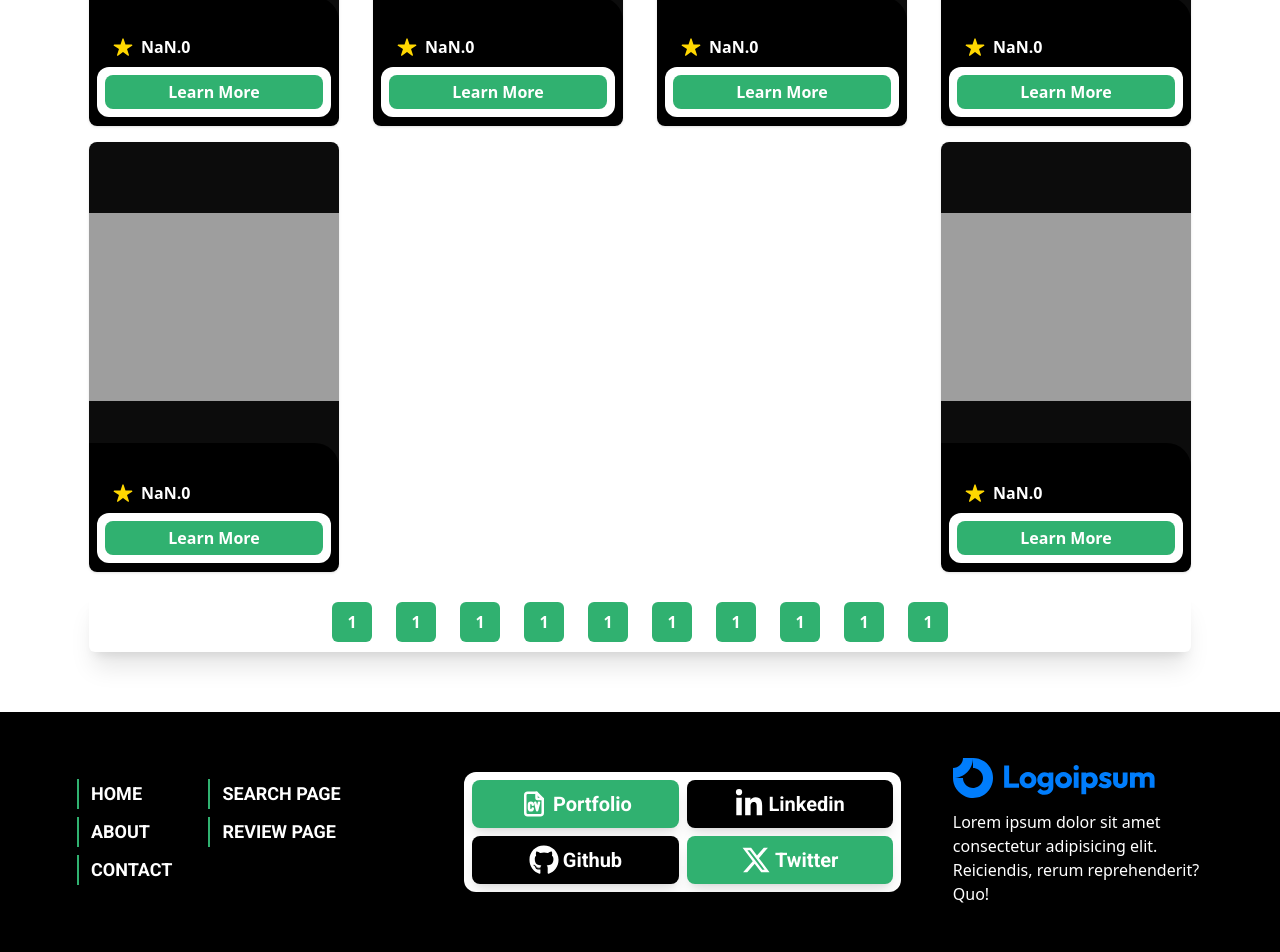
Repository: jayantatech/FrameFlick
Page: /movies
These files come from the project's save history. The page is drawn as it stood at one moment and after the next save; the edit follows.
The browser window is 1280 px wide. The pictures show the part of the page from y = 1096 to 2048 px (the page is 2048 px tall).
Pictures or frames that could not be fetched are drawn as grey boxes. The page's requests for data from a server got no answer. The project was rebuilt for these pictures with package versions that can differ from the ones it lists, and the page was loaded fresh each time. No one was signed in, and anything a server would have sent is missing. Also part of the build but not shown: vite.config.js, src/components/header/SearchBar.jsx, src/components/sliderComponent/button.css, src/components/sliderComponent/SliderComponent.jsx, src/pages/home/comingAttractions/ComingAttractions.jsx, src/pages/home/currentFavorites/CurrentFavorites.jsx, src/pages/home/movieGenres/MovieGenres.jsx, src/components/responsiveTitle/responsiveTitle.jsx and 11 more.

Above is the page before, as saved 2024-02-13 19:10:28.

### index.html
<!doctype html>
<html lang="en">

<head>
  <meta charset="UTF-8" />
  <link rel="icon" type="image/svg+xml" href="/vite.svg" />
  <meta name="viewport" content="width=device-width, initial-scale=1.0" />
  <link
    href="https://fonts.googleapis.com/css?family=Roboto:100,100italic,300,300italic,regular,italic,500,500italic,700,700italic,900,900italic"
    rel="stylesheet" />
  <link
    href="https://fonts.googleapis.com/css?family=Poppins:100,100italic,200,200italic,300,300italic,regular,italic,500,500italic,600,600italic,700,700italic,800,800italic,900,900italic"
    rel="stylesheet" />
  <title>Vite + React</title>
</head>

<body>
  <div id="root"></div>
  <script type="module" src="/src/main.jsx"></script>
</body>

</html>

### src/main.jsx
import React from "react";
import ReactDOM from "react-dom/client";
import App from "./App.jsx";
import "./index.css";
import { Provider } from "react-redux";
import store from "./store/Store.js";

ReactDOM.createRoot(document.getElementById("root")).render(
  <React.StrictMode>
    <Provider store={store}>
      <App />
    </Provider>
  </React.StrictMode>
);

### src/App.jsx
import React, { useEffect } from "react";
import ContentWrapper from "./components/contentWrapper/ContentWrapper";
import Header from "./components/header/Header";
import SearchBar from "./components/header/SearchBar";
import { fetchDataFromApi } from "./Utils/api";
import { useDispatch, useSelector } from "react-redux";
import { setFilmGenres, setUrl } from "./store/HomeSlice";
import Home from "./pages/home/Home";
import fetchData from "./components/hooks/fetchData";
import VideoPopBox from "./components/videoPopBox/VideoPopBox";
import Footer from "./components/footer/Footer";
import ReviewPage from "./pages/reviewPage/ReviewPage";
import { BrowserRouter, Route, Routes } from "react-router-dom";
import MoviePage from "./pages/moviePage/MoviePage";

/*
main green color - #58DAA8
2nd main color - #30b170
light green color - #E6FFF8
deep Green color - #409E7A
deep Green color 2 - #5EBEA3

*/

const App = () => {
  const { data, loading } = fetchData("configuration");

  const dispatch = useDispatch();
  useEffect(() => {
    dispatch(setUrl(`${data?.images.secure_base_url + "original"}`));
  }, [data]);

  const { data: genresData, loading: genresLoading } = fetchData(
    `genre/movie/list?language=en`
  );
  useEffect(() => {
    dispatch(setFilmGenres(genresData && genresData?.genres));
  }, [genresData]);

  return (
    <BrowserRouter>
      <VideoPopBox />
      <Header />
      <Routes>
        <Route path="/" element={<Home />} />
        <Route path="/review/:film/:id" element={<ReviewPage />} />
        <Route path="/movies" element={<MoviePage />} />
      </Routes>
      {/* <div className=" w-full h-[800px]"></div> */}
      <Footer />
    </BrowserRouter>
  );
};

export default App;

### src/components/contentWrapper/ContentWrapper.jsx
import React from "react";

const ContentWrapper = ({ children }) => {
  return <div className="w-full max-w-[1158px] mx-auto px-4">{children}</div>;
};

export default ContentWrapper;

### src/components/hooks/fetchData.jsx
import React, { useEffect, useState } from "react";
import { fetchDataFromApi } from "../../Utils/api";

const fetchData = (url) => {
  const [data, setData] = useState(null);
  const [loading, setLoading] = useState(null);
  const [error, setError] = useState(null);

  useEffect(() => {
    setLoading(true);
    setData(null);
    setError(null);
    fetchDataFromApi(url)
      .then((res) => {
        if (res?.status === 404) {
          throw new Error("Videos not found for this video");
        } else {
          return res.json();
        }
      })
      .then((data) => {
        setLoading(false);
        setData(data);
      })
      .catch((error) => setError("Something went wrong"));
  }, [url]);

  return { data, loading, error };
};

export default fetchData;

### src/components/videoPopBox/VideoPopBox.jsx
import React, { useEffect, useState } from "react";
import { IoClose } from "react-icons/io5";
import { useDispatch, useSelector } from "react-redux";
import { setVideoPopBox } from "../../store/HomeSlice";
import ReactPlayer from "react-player";

const VideoPopBox = () => {
  const [activeVideo, setActiveVideo] = useState(false);
  const [videoInfo, setVideoInfo] = useState([]);
  const dispatch = useDispatch();
  const { vidboxOn, vidBoxInfo } = useSelector(
    (state) => state.home.VideoPopBox
  );
  useEffect(() => {
    if (vidboxOn) setActiveVideo(vidboxOn);
    if (vidBoxInfo) setVideoInfo(vidBoxInfo);
  }, [vidboxOn, vidBoxInfo]);

  // useEffect(() => {
  //   if (activeVideo) {
  //     document.body.style.overflow = "hidden";
  //   } else {
  //     document.body.style.overflow = "auto";
  //   }
  // }, [activeVideo]);

  function hideVideoBox() {
    dispatch(setVideoPopBox([{ vidBoxOnPass: false, vidBoxInfoPass: {} }]));
    setActiveVideo(false);
  }

  return (
    <div
      className={` fixed w-screen h-screen top-0 left-0 ${
        activeVideo ? "block z-40" : "hidden -z-0"
      }`}
    >
      <div
        className={` relative top-0 left-0 min-h-screen min-w-screen flex items-center justify-center overflow-hidden`}
      >
        <div
          className=" absolute top-0 left-0 w-full h-full bg-[#000000af]"
          onClick={hideVideoBox}
        ></div>
        <div
          className={`w-[840px] h-[540px] max-lg:w-[660px] max-lg:h-[440px] max-md:w-[360px] max-md:h-[240px] bg-[#fff] shadow-xl rounded-xl py-4 px-4 relative transition-all duration-300 ${
            activeVideo ? "translate-y-[0%]" : "translate-y-[150%]"
          }`}
        >
          <div
            className=" w-[50px] h-[50px] bg-[#30B170] hover:bg-[#58DAA8] text-black hover:text-gray-600  absolute -top-5 -right-5 rounded-full flex items-center justify-center text-4xl cursor-pointer"
            onClick={hideVideoBox}
          >
            <IoClose />
          </div>
          <div className=" w-full h-full bg-black">
            {videoInfo && (
              <ReactPlayer
                url={`https://www.youtube.com/watch?v=${videoInfo?.key}`}
                width={"100%"}
                height={"100%"}
              />
            )}
          </div>
        </div>
      </div>
    </div>
  );
};

export default VideoPopBox;

### src/pages/moviePage/MoviePage.jsx
import React from "react";
import HeroMovie from "./heroMovie/HeroMovie";
import AllMovies from "./allMovies/AllMovies";

const MoviePage = () => {
  return (
    <div>
      <HeroMovie />
      <AllMovies />
    </div>
  );
};

export default MoviePage;

### src/pages/moviePage/heroMovie/HeroMovie.jsx
import React, { useEffect, useState } from "react";
import MyImage from "../../../components/myImage/MyImage";
import fetchData from "../../../components/hooks/fetchData";
import { useSelector } from "react-redux";
import MovieHeroInfo from "../../../components/movieHeroInfo/MovieHeroInfo";

const HeroMovie = () => {
  const [storeGen, setStoreGen] = useState([]);
  const [filmInfo, setFilmInfo] = useState([]);
  const [storeRendom, setStoreRendom] = useState(null);
  const { data, loading } = fetchData(`trending/movie/week`);
  const { url, filmGenres } = useSelector((state) => state.home);

  useEffect(() => {
    let rendomData;
    if (data?.results) {
      const genRanNum = Math.floor(Math.random() * 19);
      rendomData = data?.results[genRanNum];
      setStoreRendom(rendomData);
      console.log(data);
    }
  }, [data]);

  // let testData = storeRendom && storeRendom;
  let movieHeroData = storeRendom && storeRendom;
  useEffect(() => {
    let storeGenNum = [];
    if (movieHeroData) {
      filmGenres?.forEach((element) => {
        if (movieHeroData?.genre_ids.includes(element?.id)) {
          storeGenNum.push(element);
        }
      });
    }
    setStoreGen(storeGenNum);
  }, [filmGenres, movieHeroData]);
  console.log(storeGen);
  return (
    <div className=" w-full h-[590px] max-md:h-[670px] bg-black relative">
      <div className=" w-full h-full bg-[#0000005d] absolute top-0 left-0 z-10"></div>
      <div className=" overflow-hidden w-full h-full absolute top-0 left-0 z-0 ">
        <MyImage
          src={`${url}${!loading && movieHeroData?.backdrop_path}`}
          className={"max-lg:scale-150 max-md:scale-[4]"}
        />
      </div>
      <MovieHeroInfo movieHeroData={movieHeroData} storeGen={storeGen} />
    </div>
  );
};

export default HeroMovie;

### src/pages/moviePage/allMovies/AllMovies.jsx
import React from "react";
import ContentWrapper from "../../../components/contentWrapper/ContentWrapper";
import FilmCard from "../../../components/filmCard/FilmCard";

const AllMovies = () => {
  return (
    <div>
      <ContentWrapper>
        <div className=" py-[60px] px-3">
          <div className=" py-3">
            <h2 className=" capitalize text-3xl font-[Roboto] font-bold">
              our Movie suggestions
            </h2>
          </div>
          <div className=" w-full h-auto flex py-5 flex-row flex-wrap gap-4 items-center justify-between">
            <FilmCard />
            <FilmCard />
            <FilmCard />
            <FilmCard />
            <FilmCard />
            <FilmCard />
          </div>
          <div className=" w-auto px-3 h-[60px] bg-[#fff] shadow-xl rounded-md flex items-center justify-center gap-6">
            <div className=" w-[40px] h-[40px] bg-[#30B170] text-white rounded-md flex items-center justify-center font-semibold">
              1
            </div>
            <div className=" w-[40px] h-[40px] bg-[#30B170] text-white rounded-md flex items-center justify-center font-semibold">
              1
            </div>
            <div className=" w-[40px] h-[40px] bg-[#30B170] text-white rounded-md flex items-center justify-center font-semibold">
              1
            </div>
            <div className=" w-[40px] h-[40px] bg-[#30B170] text-white rounded-md flex items-center justify-center font-semibold">
              1
            </div>
            <div className=" w-[40px] h-[40px] bg-[#30B170] text-white rounded-md flex items-center justify-center font-semibold">
              1
            </div>
            <div className=" w-[40px] h-[40px] bg-[#30B170] text-white rounded-md flex items-center justify-center font-semibold">
              1
            </div>
            <div className=" w-[40px] h-[40px] bg-[#30B170] text-white rounded-md flex items-center justify-center font-semibold">
              1
            </div>
            <div className=" w-[40px] h-[40px] bg-[#30B170] text-white rounded-md flex items-center justify-center font-semibold">
              1
            </div>
            <div className=" w-[40px] h-[40px] bg-[#30B170] text-white rounded-md flex items-center justify-center font-semibold">
              1
            </div>
            <div className=" w-[40px] h-[40px] bg-[#30B170] text-white rounded-md flex items-center justify-center font-semibold">
              1
            </div>
          </div>
        </div>
      </ContentWrapper>
    </div>
  );
};

export default AllMovies;

### src/components/myImage/MyImage.jsx
import React from "react";
import { LazyLoadImage } from "react-lazy-load-image-component";
import "react-lazy-load-image-component/src/effects/blur.css";

const MyImage = ({ src, className, alt }) => (
  <div className=" w-full min-h-full flex items-center justify-center overflow-hidden bg-contain">
    <LazyLoadImage
      alt={alt ? alt : "Frameflick"}
      src={src}
      effect="blur"
      width={"100%"}
      height={"100%"}
      className={`${className}`}
    />
  </div>
);

export default MyImage;

### src/components/movieHeroInfo/MovieHeroInfo.jsx
import React, { useEffect, useState } from "react";
import { IoIosStar } from "react-icons/io";
import ContentWrapper from "../contentWrapper/ContentWrapper";
import GenresCard from "../genresCard/GenresCard";
import BothButton from "../bothButton/BothButton";
import ResponsiveTitle from "../responsiveTitle/responsiveTitle";
import ResponsiveText from "../responsiveText/ResponsiveText";
import RattingBox from "../rattingBox/RattingBox";
import DateBox from "../dateBox/DateBox";

const MovieHeroInfo = ({ movieHeroData, storeGen }) => {
  const [storeSlice, setStoreSlice] = useState(null);
  useEffect(() => {
    const slicGen = storeGen && storeGen?.slice(0, 3);
    setStoreSlice(slicGen);
  }, [storeGen]);

  console.log(storeGen);
  return (
    <ContentWrapper>
      <div className=" relative top-0 left-0 w-full h-[590px] max-md:h-[670px] flex items-end justify-center py-4 z-20">
        <div className=" w-full min-h-[270px] max-lg:min-h-[270px] max-md:min-h-[470px] rounded-lg  bg-[#636262] backdrop-filter backdrop-blur-sm bg-opacity-60 p-4 max-lg:px-2 flex flex-row gap-2 max-md:flex-col">
          <div className=" md:w-3/6">
            <h2 className=" text-3xl font-[Roboto] font-bold text-white min-h-[40px]">
              {movieHeroData?.original_title}
            </h2>
            {/* <ResponsiveTitle data={testData} /> */}
            <div className=" w-full h-[40px]  my-2 flex items-center flex-row gap-2 px-2">
              <DateBox data={movieHeroData} />
              <RattingBox data={movieHeroData} />
            </div>
            {
              <div className=" w-full h-[60px] max-md:h-[80px] max-lg:h-[90px] flex items-center justify-start px-2 flex-row gap-2">
                <ResponsiveText data={movieHeroData} upTo={15} />
              </div>
            }
            <div className=" px-2 py-3 flex items-center justify-center gap-2 flex-row">
              <BothButton data={movieHeroData} />
            </div>
          </div>
          <div className=" md:w-3/6 max-h-[210px] max-lg:max-h-[240px] max-md:min-h-[240px] px-3 py-3 flex items-center justify-start gap-6 max-lg:gap-3 flex-wrap flex-col">
            <div className=" w-full py-1 bg-[#000] text-white text-center rounded-md">
              <span className=" font-[Roboto] font-semibold text-lg">
                {" "}
                {movieHeroData?.original_title} Genres
              </span>
            </div>
            <div className=" flex items-center justify-center gap-3 flex-wrap flex-row max-md:flex-row ">
              {storeSlice?.map((item, index) => (
                <GenresCard key={index} item={item} />
              ))}
            </div>
          </div>
        </div>
      </div>
    </ContentWrapper>
  );
};

export default MovieHeroInfo;

### src/components/filmCard/FilmCard.jsx
import React, { useState } from "react";
import { useDispatch, useSelector } from "react-redux";
import { IoStar } from "react-icons/io5";
import fetchData from "../hooks/fetchData";
import { setVideoPopBox } from "../../store/HomeSlice";
import MyImage from "../myImage/MyImage";
import { useLoaderData, useLocation, useNavigate } from "react-router";

const FilmCard = ({ data, loading }) => {
  const [videoBoxActive, setVideoBoxActive] = useState(false);
  const dispatch = useDispatch();
  const { url } = useSelector((state) => state?.home);
  const { currentTabValu } = useSelector((state) => state?.home);

  const { data: newData, loading: newLoading } = fetchData(
    `${currentTabValu}/${data?.id && data?.id}/videos`
  );

  const averageVote = data && data?.vote_average;
  const votePointer = Number(
    data && data?.vote_average.toString().split(".")[1]
  );

  const originalTitle = data?.original_title || data?.name || "";
  let truncatedTitle;

  if (originalTitle.length >= 18) {
    truncatedTitle = originalTitle.slice(0, 18) + "...";
  } else {
    truncatedTitle = originalTitle;
  }

  let newReleaseDate = data?.release_date || data?.first_air_date;
  const oneVideo = newData?.results?.filter((item) => item?.key);
  const oneTrailer = oneVideo && oneVideo[0];
  const releaseDate =
    newReleaseDate &&
    new Intl.DateTimeFormat("en-US", {
      day: "2-digit",
      month: "short",
      year: "2-digit",
    }).format(new Date(newReleaseDate));
  const openVideoBox = () => {
    dispatch(
      setVideoPopBox([{ vidBoxOnPass: true, vidBoxInfoPass: oneTrailer }])
    );
  };
  const navigateNew = useNavigate();
  const location = useLocation();

  const navigateToNewPage = () => {
    navigateNew(`/review/${currentTabValu}/${data?.id}`);
  };

  return (
    <div className="w-[250px] max-lg:max-w-[220px] max-lg:h-[380px] h-[430px] max-md:w-[240px] rounded-lg overflow-hidden shadow cursor-pointer transition-all duration-300 bg-yellow">
      <div className=" w-full h-full relative">
        <div className=" w-full h-[77%] bg-[#000000f3] overflow-hidden">
          {!loading && (
            <MyImage
              src={`${url}${data?.poster_path}`}
              className="w-full h-full"
            />
          )}
        </div>
        <div className="absolute flex flex-col bottom-0 left-0 w-full h-[30%] bg-gradient-to-b from-[#000000] via-[#000000] to-[#000000] p-2 rounded-tr-3xl text-white">
          <div className="w-full h-[30px] overflow-hidden">
            <h3 className=" text-white text-xl font-semibold">
              {truncatedTitle}
            </h3>
          </div>
          <div className=" flex gap-4">
            <p className=" font-bold">{releaseDate}</p>
            <span className=" flex items-center justify-center gap-2 font-bold">
              <span className=" font-bold text-xl text-[#FFD700]">
                <IoStar />
              </span>
              {`${Math.floor(averageVote)}.${
                votePointer ? votePointer.toString().slice(0, 1) : "0"
              }`}
            </span>
          </div>
          <div className=" w-full h-[50px] bg-white px-2 rounded-xl py-2 flex items-center justify-center gap-2 max-lg:gap-1 font-bold mt-2">
            {oneTrailer && (
              <button
                className=" h-full w-full bg-[black] col-span-1 rounded-lg transition-all duration-300 hover:shadow-md hover:scale-105"
                onClick={openVideoBox}
              >
                Trailer
              </button>
            )}
            <button
              className="h-full w-full bg-[#30b170] rounded-lg transition-all duration-300 hover:shadow-md hover:scale-105"
              onClick={navigateToNewPage}
            >
              Learn More
            </button>
          </div>
        </div>
      </div>
    </div>
  );
};

export default FilmCard;

### src/components/responsiveText/ResponsiveText.jsx
import React from "react";

const ResponsiveText = ({ data, upTo = 20 }) => {
  function getTheDescription(description) {
    const words = description.split(" ").slice(0, upTo).join(" ") + "...";
    return words;
  }
  return (
    <p className=" font-[Poppins] text-lg text-white ">
      {data && getTheDescription(data?.overview)}
    </p>
  );
};

export default ResponsiveText;

### src/components/bothButton/BothButton.jsx
import React from "react";
import { useDispatch } from "react-redux";
import { setVideoPopBox } from "../../store/HomeSlice";
import fetchData from "../hooks/fetchData";
import { useNavigate } from "react-router";

const BothButton = ({ data }) => {
  const { data: newData, loading: newLoading } = fetchData(
    `movie/${data?.id && data?.id}/videos`
  );
  const oneVideo = newData?.results?.filter((item) => item?.key);
  const oneTrailer = oneVideo && oneVideo[0];

  const dispatch = useDispatch();
  const openVideoBox = () => {
    dispatch(
      setVideoPopBox([{ vidBoxOnPass: true, vidBoxInfoPass: oneTrailer }])
    );
  };

  const navigateNew = useNavigate();

  const navigateToNewPage = () => {
    navigateNew(`/review/${"movie"}/${data?.id}`);
  };
  return (
    <>
      <button
        className=" w-full h-[50px] max-lg:h-[40px] bg-[#000] rounded-md text-white font-bold text-2xl font-[Roboto] hover:scale-95 transition-all duration-300 max-lg:text-xl"
        onClick={openVideoBox}
      >
        Trailer
      </button>
      <button
        className=" w-full h-[50px] bg-[#30B170] rounded-md text-white font-bold text-2xl font-[Roboto]  hover:scale-95 transition-all duration-300 max-lg:h-[40px] max-lg:text-xl"
        onClick={navigateToNewPage}
      >
        Learn More
      </button>
    </>
  );
};

export default BothButton;

### src/components/rattingBox/RattingBox.jsx
import React from "react";
import { IoStar } from "react-icons/io5";

const RattingBox = ({ data }) => {
  const averageVote = data && data?.vote_average;

  const votePointer = Number(
    data && data?.vote_average.toString().split(".")[1]
  );

  return (
    <>
      {
        <div className=" text-lg font-extrabold font-[Roboto] flex items-center justify-start gap-2 px-2 py-1 rounded-lg bg-white md:w-[150px]  max-md:w-[50%]">
          Rating:
          <span className=" text-[#ffd700] text-2xl flex items-center justify-center font-bold">
            <IoStar />
          </span>
          {averageVote &&
            votePointer &&
            `${Math.floor(averageVote)}.${
              votePointer ? votePointer.toString().slice(0, 1) : "0"
            }`}
        </div>
      }
    </>
  );
};

export default RattingBox;

### src/components/dateBox/DateBox.jsx
import React from "react";

const DateBox = ({ data }) => {
  function timeFormath(timeTo) {
    const releaseDate = new Intl.DateTimeFormat("en-US", {
      day: "2-digit",
      month: "short",
      year: "2-digit",
    }).format(new Date(timeTo));
    return releaseDate;
  }
  return (
    <div className=" text-lg font-extrabold font-[Roboto] flex items-center justify-start gap-2 px-2 py-1 rounded-lg bg-white md:w-[160px] max-md:w-[50%]">
      Data:
      <span className="font-bold max-md:text-base">
        {data && timeFormath(data?.release_date)}
      </span>
    </div>
  );
};

export default DateBox;

Loaded but not shown: src/index.css (common file); tailwind.config.js (common file); src/store/HomeSlice.js (34 lines, source omitted); src/Utils/api.js (20 lines, source omitted); src/store/Store.js (10 lines, source omitted); src/assets/icons/index.js (3 lines, source omitted); src/components/header/Header.jsx (153 lines, source omitted); src/components/footer/Footer.jsx (83 lines, source omitted)

After the next save:
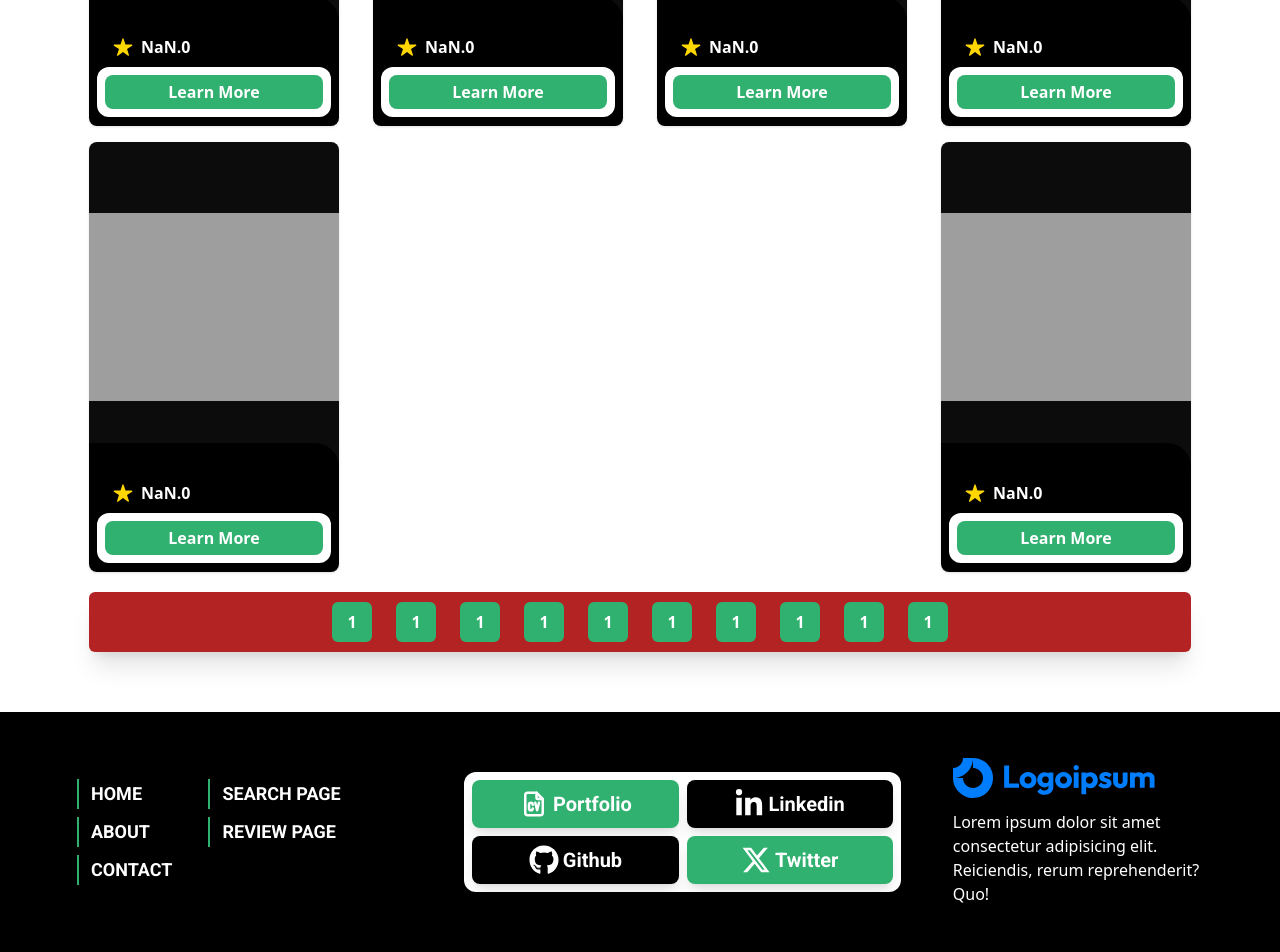
Saved 4 s later.
--- a/src/pages/moviePage/allMovies/AllMovies.jsx
+++ b/src/pages/moviePage/allMovies/AllMovies.jsx
@@ -20,7 +20,7 @@ const AllMovies = () => {
             <FilmCard />
             <FilmCard />
           </div>
-          <div className=" w-auto px-3 h-[60px] bg-[#fff] shadow-xl rounded-md flex items-center justify-center gap-6">
+          <div className=" w-auto px-3 h-[60px] bg-[#b42323] shadow-xl rounded-md flex items-center justify-center gap-6">
             <div className=" w-[40px] h-[40px] bg-[#30B170] text-white rounded-md flex items-center justify-center font-semibold">
               1
             </div>
